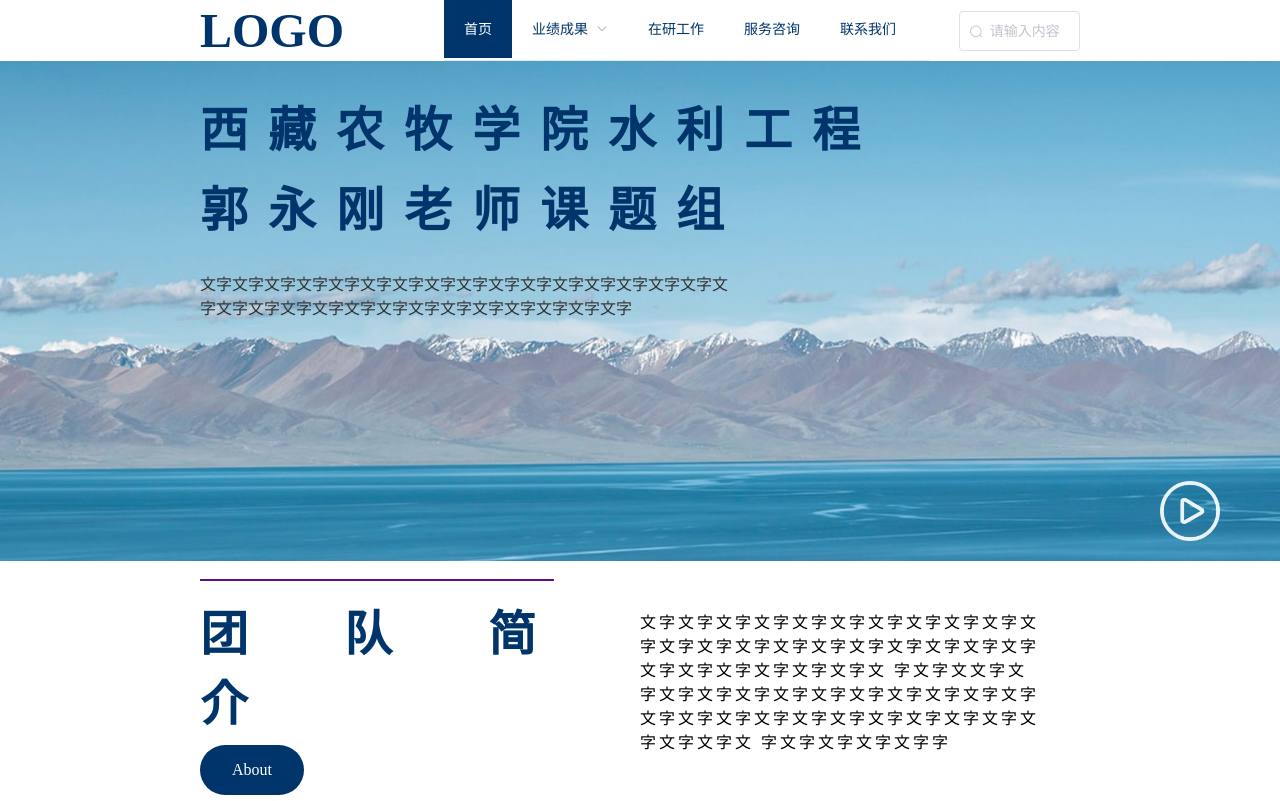
Repository: BLSY/xzust
Page: /
The author's editor kept a copy of each file at every save. The page is drawn from the files as they stood at one save, then again after a run of saves.
The browser window is 1280 px wide. The pictures show the whole page.
The project was rebuilt for these pictures with package versions that can differ from the ones it lists, and the page was loaded fresh each time.

Above is the page before, as saved 2022-11-27 09:53:09.

After the next 2 saves:
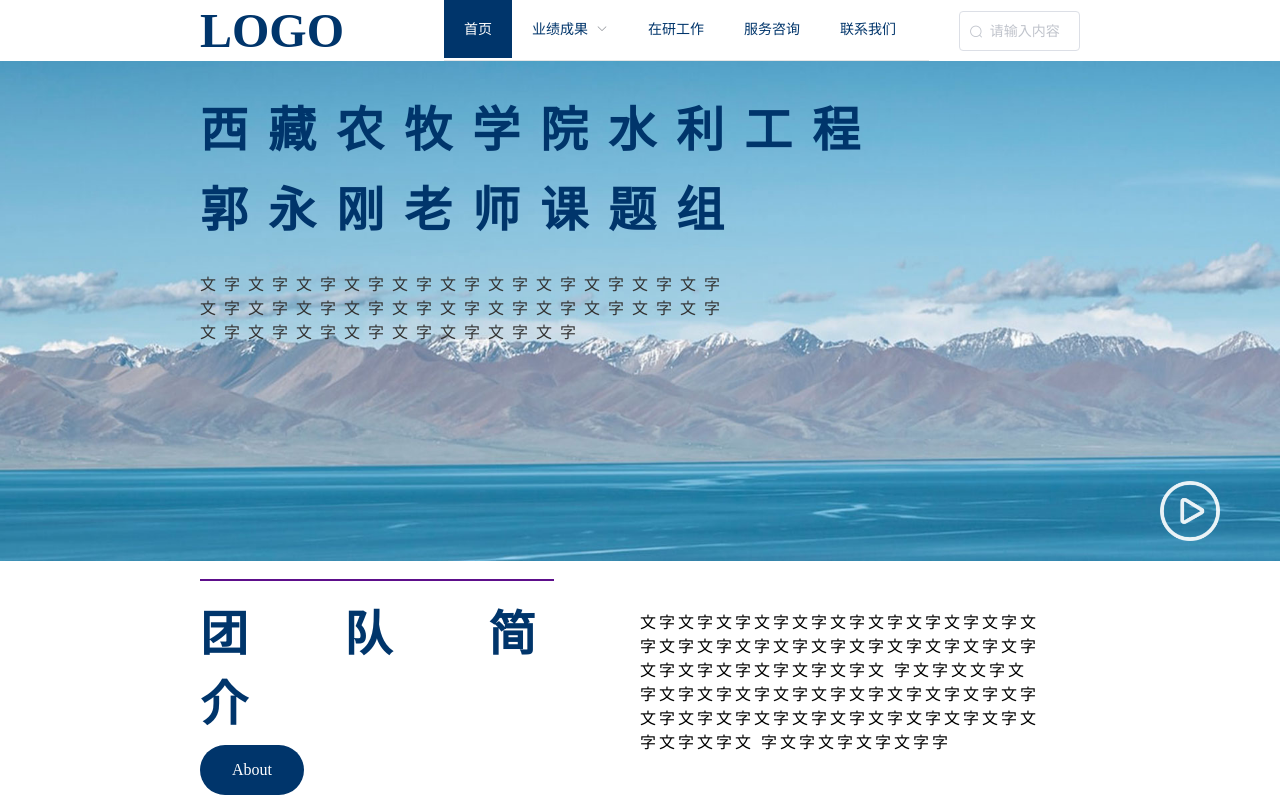
The 2 saves are shown as one change because they came seconds apart.
The last was saved 15 s later.
--- a/src/components/HelloWorld.vue
+++ b/src/components/HelloWorld.vue
@@ -157,6 +157,7 @@ html{
     width:60%;
     font-size: 1em;
     text-align: left;
+    letter-spacing: 0.5em;
     color:#333;
   }
   .starvidio{
